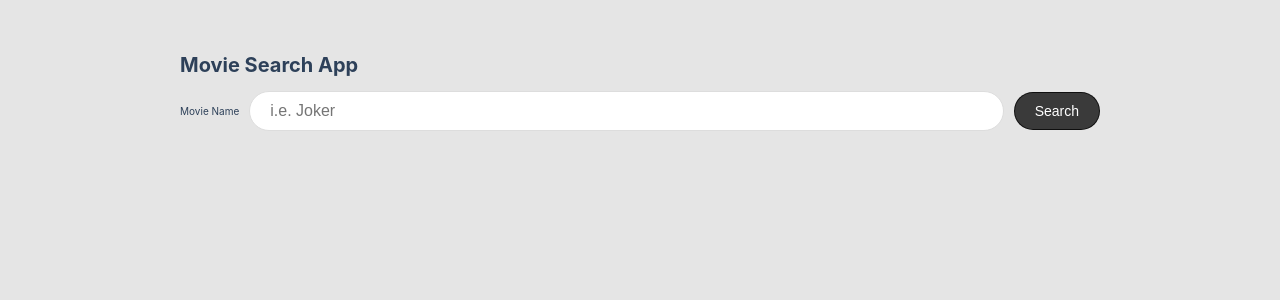
Repository: alialshara94/Movies-Search-React
Page: /
An editor plug-in stored every save of this project. The page is shown before and after the next save, followed by the edit.
The browser window is 1280 px wide. The pictures show the whole page.
The project was rebuilt for these pictures with package versions that can differ from the ones it lists, and the page was loaded fresh each time.

Above is the page before, as saved 2020-10-22 01:05:22.

After the next save:
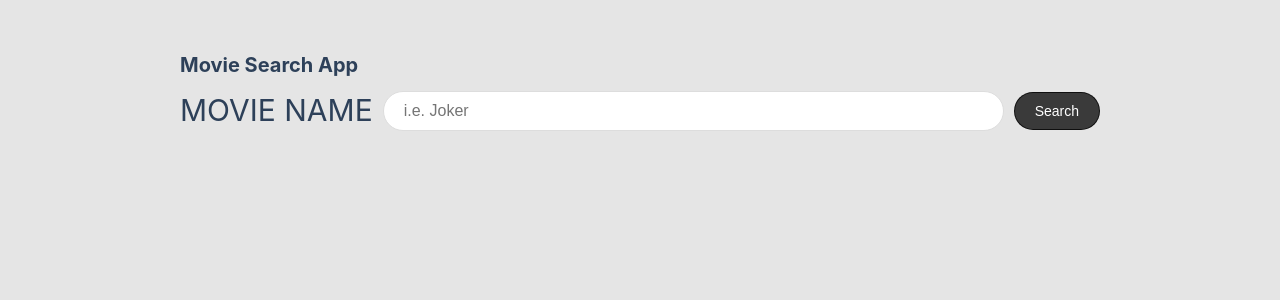
Saved 31 s later.
--- a/src/components/SearchMovies.js
+++ b/src/components/SearchMovies.js
@@ -32,7 +32,7 @@ const SearchMovies = () => {
     return (
         <div>
             <form className="form" onSubmit={searchMovies}>
-                <label htmlFor="query" className="Label">Movie Name</label>
+                <label htmlFor="query" className="label">Movie Name</label>
                 <input className="input" onChange={handleQuerySearch} value={query} type="text" name="query" placeholder="i.e. Joker" />
                 <button type="submit" className="button">Search</button>
             </form>
